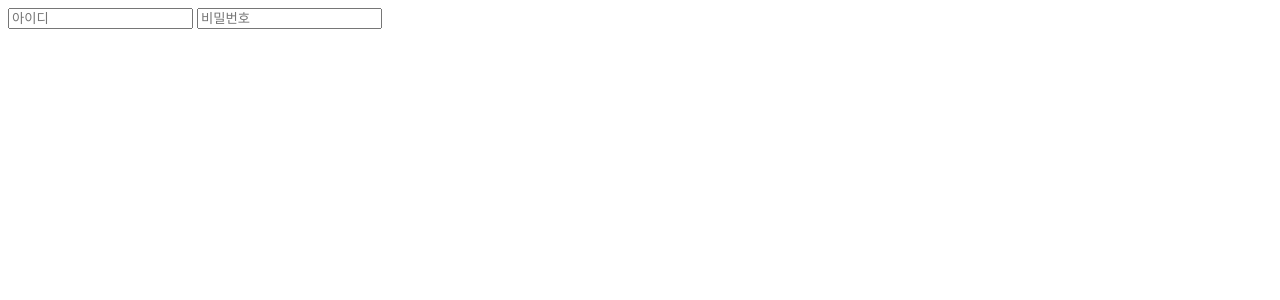
Repository: eyonghwan/jsp_practice
Page: http://localhost/JSPBasic/JspObject/1.requests/req_login_form.jsp
The author's editor kept a copy of each file at every save. The page is drawn from the files as they stood at one save, then again after the next save.
The browser window is 1280 px wide. The pictures show the whole page.
The page is served by Tomcat 9.

Above is the page before, as saved 2022-02-04 01:20:56.

### JSPBasic/src/main/webapp/JspObject/1.requests/req_login_form.jsp
<%@ page language="java" contentType="text/html; charset=UTF-8"
    pageEncoding="UTF-8"%>
<!DOCTYPE html>
<html>
<head>
<meta charset="UTF-8">
<title>Insert title here</title>
</head>
<body>
<form action="req_login_result.jsp" method="get">
	<input type="text" name="id" placeholder="아이디"/>
	<input type="password" name="pw" placeholder="비밀번호"/>
</form>
</body>
</html>

After the next save:
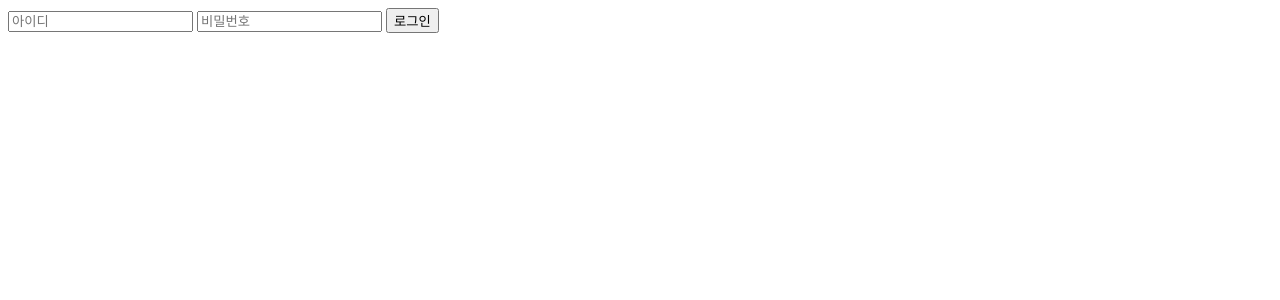
Saved 24 s later.
--- a/JSPBasic/src/main/webapp/JspObject/1.requests/req_login_form.jsp
+++ b/JSPBasic/src/main/webapp/JspObject/1.requests/req_login_form.jsp
@@ -10,6 +10,7 @@
 <form action="req_login_result.jsp" method="get">
 	<input type="text" name="id" placeholder="아이디"/>
 	<input type="password" name="pw" placeholder="비밀번호"/>
+	<input type="submit" value="로그인"/>
 </form>
 </body>
 </html>
